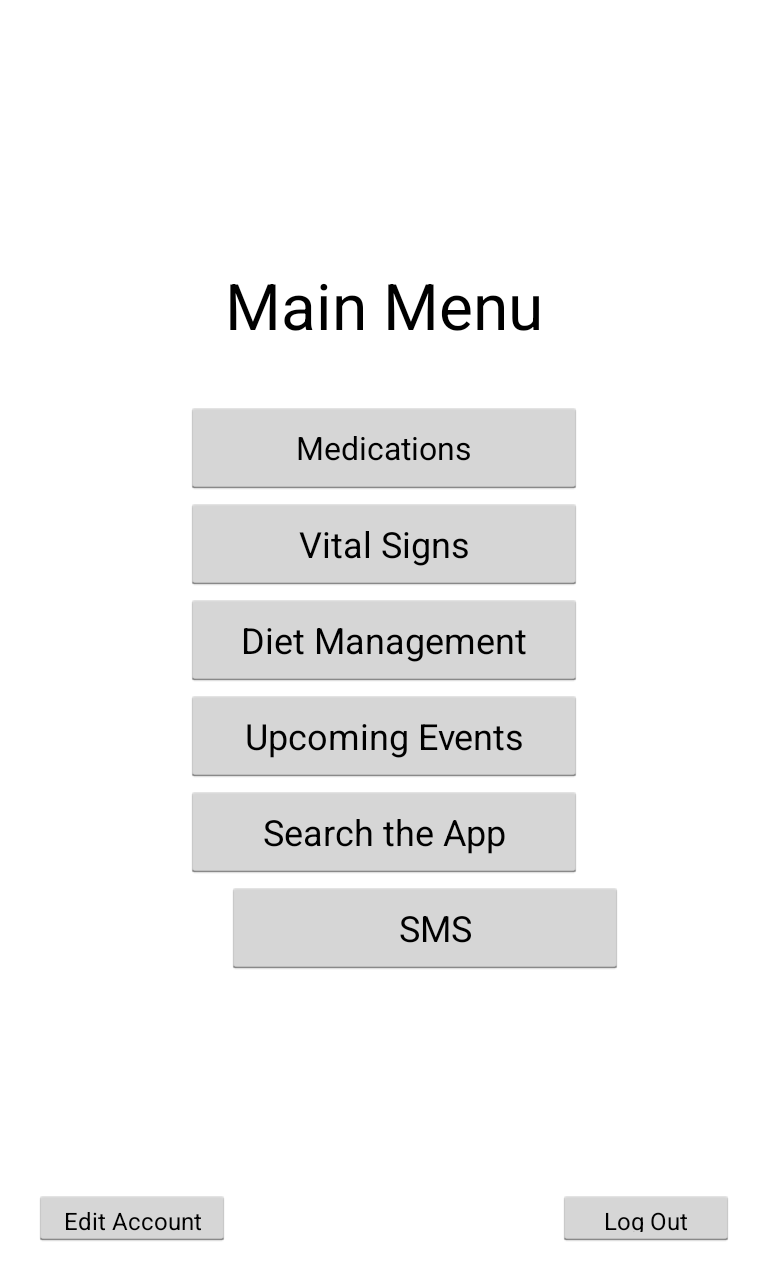
Repository: seth-skocelas/PHMS
Layout: PHMS/res/layout/activity_main_menu.xml
An editor plug-in stored every save of this project. The layout is shown before and after the next save, followed by the edit.
It is drawn on a 768 x 1280 px phone screen (xhdpi) without system bars, with theme AppTheme; the app's code is not run.

Above is the layout before, as saved 2014-04-22 06:44:16.

After the next save:
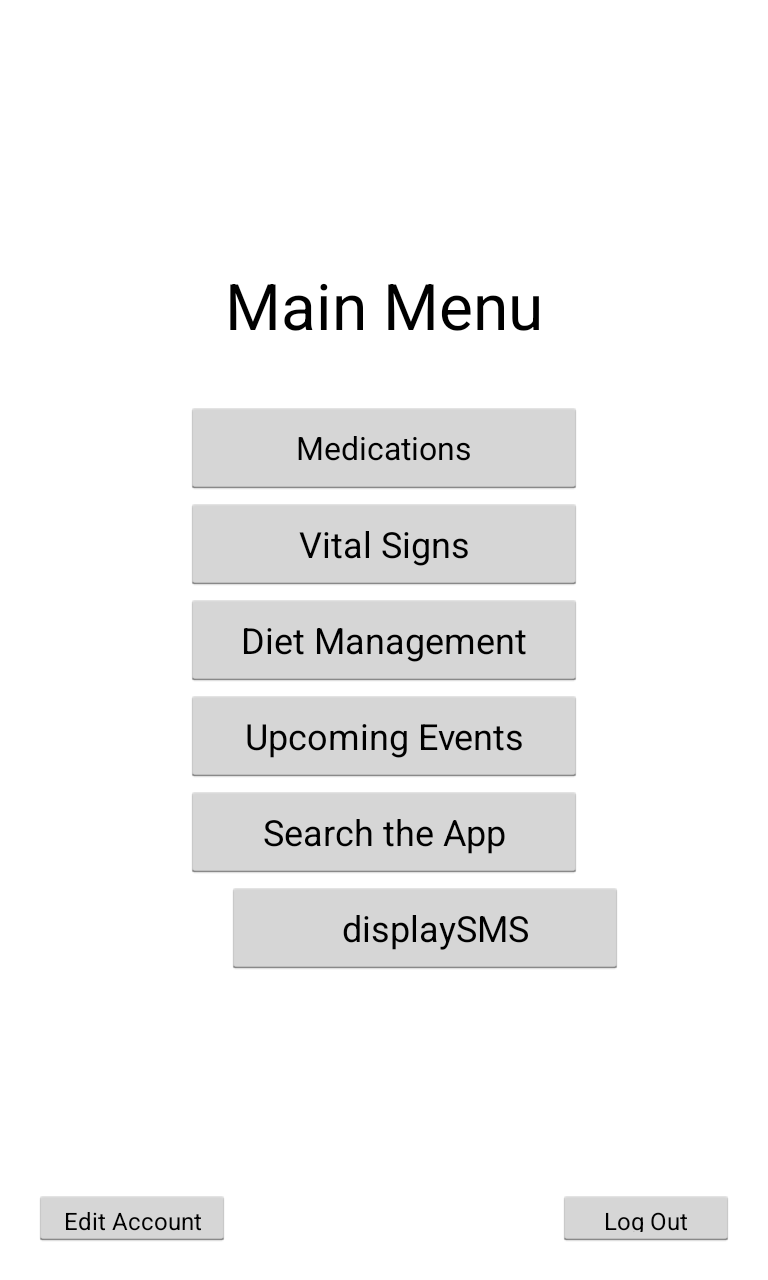
Saved 22 s later.
--- a/PHMS/res/layout/activity_main_menu.xml
+++ b/PHMS/res/layout/activity_main_menu.xml
@@ -100,7 +100,7 @@
         android:layout_below="@+id/button5"
         android:layout_centerHorizontal="true"
         android:paddingLeft="22dp"
-        android:text="SMS" />
+        android:text="displaySMS" />
 
 
 </RelativeLayout>

After the save that followed:
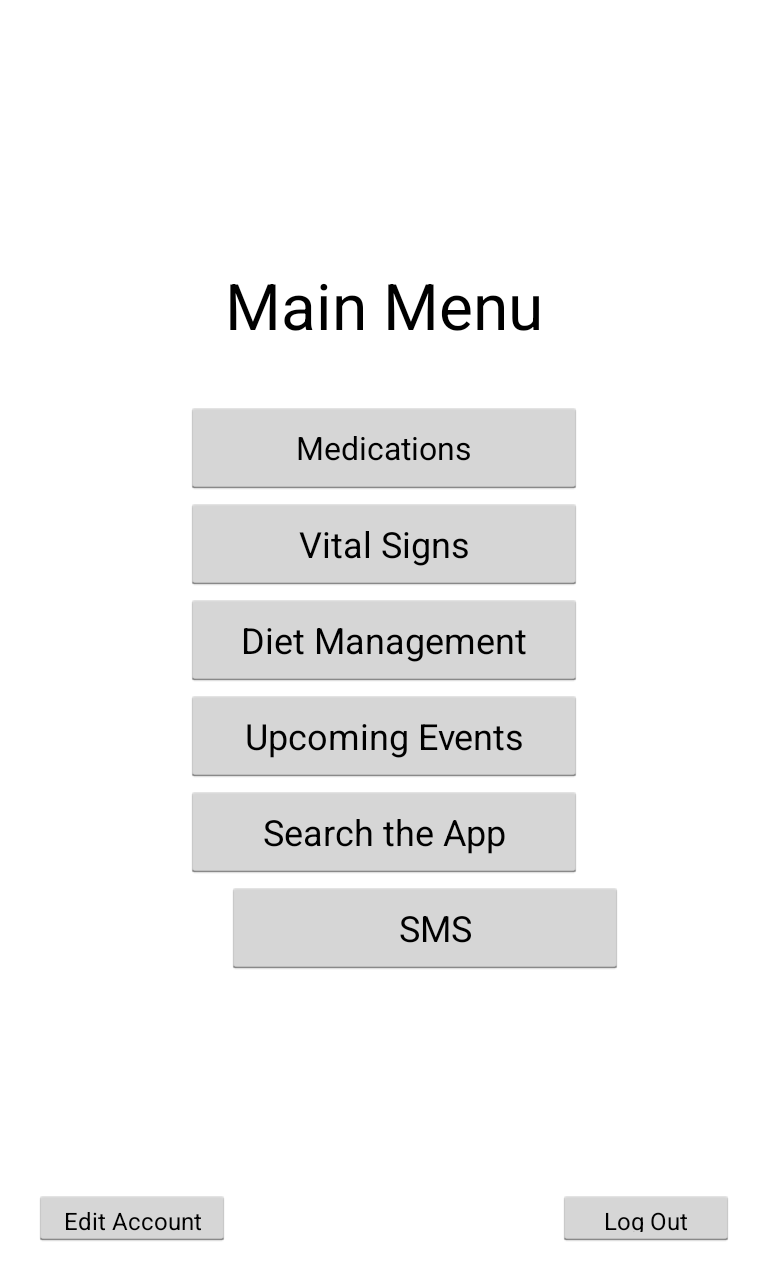
Saved 10 s later.
--- a/PHMS/res/layout/activity_main_menu.xml
+++ b/PHMS/res/layout/activity_main_menu.xml
@@ -100,7 +100,8 @@
         android:layout_below="@+id/button5"
         android:layout_centerHorizontal="true"
         android:paddingLeft="22dp"
-        android:text="displaySMS" />
+        android:text="SMS"
+        android:onClick="displaySMS" />
 
 
 </RelativeLayout>
